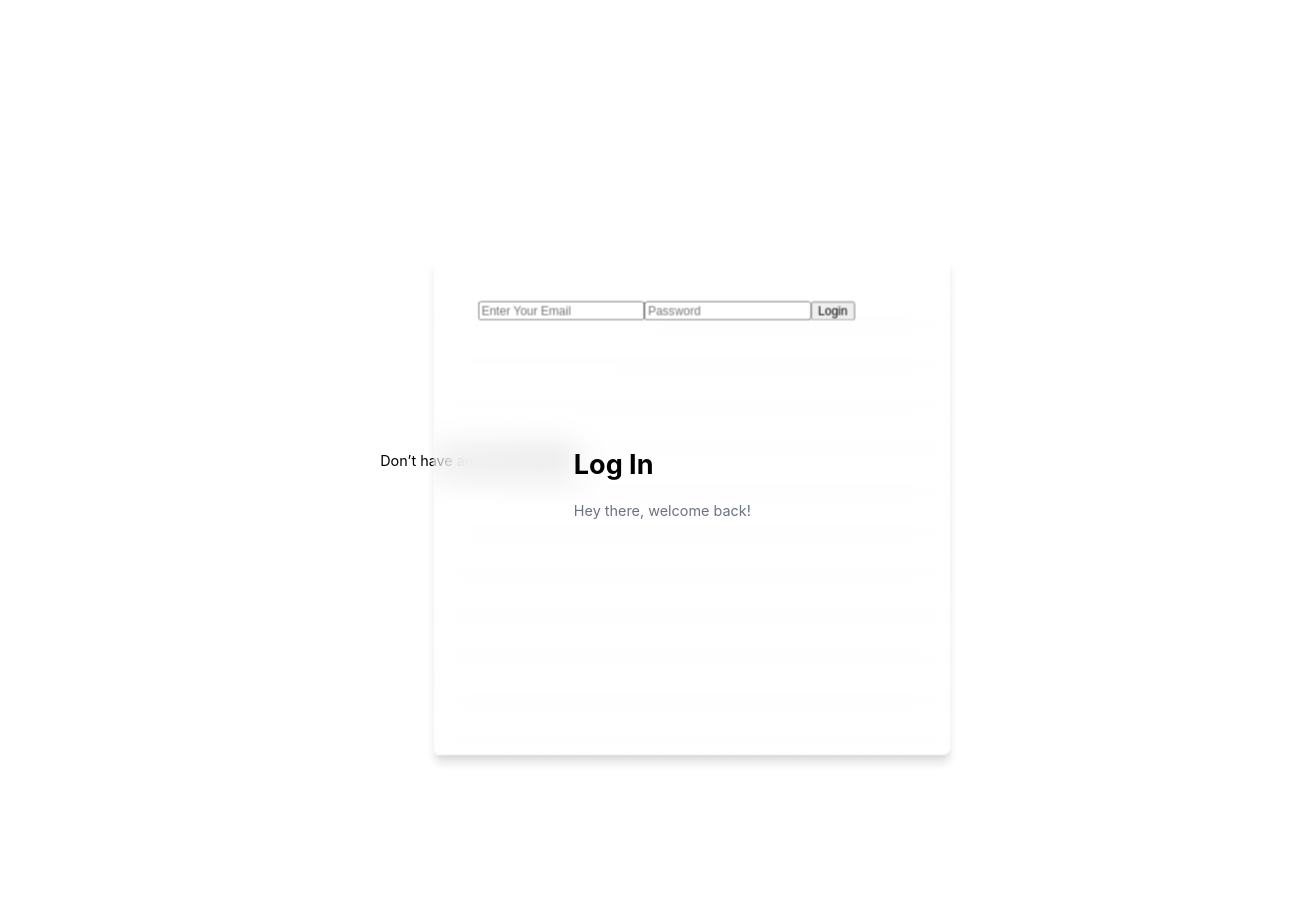
Repository: AfifaNoor/Admin_Panel-React-
Page: /admin-panel
The author's editor kept a copy of each file at every save. The page is drawn from the files as they stood at one save, then again after the next save.
The browser window is 1280 px wide. The page is 1440 px wide, so the pictures cover 1440 px, including what lies to the right of the window. The pictures show the whole page, at 90% of full size.
The project was rebuilt for these pictures with package versions that can differ from the ones it lists, and the page was loaded fresh each time. Also part of the build but not shown: src/SignUp.jsx.

Above is the page before, as saved 2025-07-10 15:41:44.

### src/App.js
import React from 'react'
import LoginPage from './LoginPage'
import { RouterProvider } from 'react-router-dom'
import Router from './Router'

const App = () => {
  return (
    <>
      {/* <RouterProvider router={Router}/> */}
      <LoginPage/>
    </>


  )
}

export default App

### src/LoginPage.jsx
import React, { useState } from 'react'
// import {Navigate, useNavigate} from 'react-router-dom';
import "./LoginPage.css"
import { ToastContainer, toast } from 'react-toastify';
import 'react-toastify/dist/ReactToastify.css';

const LoginPage = () => {
    const[email , setEmail]=useState('')
    const [password , setPassword] = useState('')
    // const navigate= useNavigate();

const handleSubmit =(e)=>{
    e.preventDefault();

 const hardcoreMail="login@gmail.com";
 const hardcorePassword = '1234567'

    if (email=== hardcoreMail && password === hardcorePassword){
        alert("Login Successfull")

    }else{
        alert("Invalid Credential")
    }

}



  return (
 <div className="login-container">

      <div className="signup-redirect">
        <p>
          Don’t have an account?{' '}
          {/* <span className="signup-link" onClick={() => navigate('/sign-up')}> */}
            {/* Sign Up */}
          {/* </span> */}
          <span className="signup-link" >
            Sign
          </span>
        </p>
      </div>

      <div className="title">
        <h1>Log In</h1>
        <p>Hey there, welcome back!</p>
      </div>

    <div>



    </div>

      <form className="login-form" onSubmit={handleSubmit}>
        <input
          type="email"
          className="form-input"
          value={email}
          placeholder="Enter Your Email"
          onChange={(e) => setEmail(e.target.value)}
          required
        />

        <input
          type="password"
          className="form-input"
          placeholder="Password"
          value={password}
          onChange={(e) => setPassword(e.target.value)}
          required
        />

        <button className="login-btn" type="submit">
          Login
        </button>

        {/* <ToastContainer /> */}
      </form>
    </div>
  );
}

export default LoginPage

### src/Router.jsx
import React from 'react';
import { createBrowserRouter , createRoutesFromElements , Route } from 'react-router-dom';
import LoginPage from './LoginPage';
import SignUp from './SignUp';

const Router = createBrowserRouter(
  createRoutesFromElements(
    <>

      <Route path='/sign-up' element={<SignUp/>}/>
      <Route path='login-page' element={<LoginPage/>}/>
    </>
  )
)

export default Router;

### src/LoginPage.css
.login-container {
  width: 1440px;
  height: 1024px;
  /* background: #FFFFFF; */
  opacity: 1;
  transform: rotate(0deg);
  display: flex;
  justify-content: center;
  align-items: center;
  background: linear-gradient(to bottom, rgba(255, 255, 255, 1), rgba(255, 255, 255, 1));


}

.login-form{
  width: 476px;
  height: 456px;
  position: absolute;
  top: 284.5px;
  left: 482px;
  border-radius: 8px;
  padding: 48px;
  gap: 10px;
  opacity: 1;

  z-index: 2;

  background: linear-gradient(180deg, rgba(255, 255, 255, 0) -9.58%, rgba(255, 255, 255, 0.052) 100%);
  border: 1px solid transparent;
  border-image-source: linear-gradient(93.78deg, #FFFFFF 8.04%, rgba(255, 255, 255, 0) 100%);
  border-image-slice: 1;


-webkit-backdrop-filter: blur(20px);
backdrop-filter: blur(20px);

box-shadow:
  0px 10px 10px 0px rgba(0, 0, 0, 0.10),
  0px 4px 4px 0px rgba(0, 0, 0, 0.05),
  0px 1px 0px 0px rgba(0, 0, 0, 0.05),
  inset 0px 20px 50px 0px rgba(255, 255, 255, 0.15);




}

.title{
  z-index: 3;
  width: 380px;
  height: 72px;
  opacity: 1;
  gap: 10px;

}

.title h1 {
width: 380px;
height: 40px;
font-family: 'Inter', sans-serif;
font-weight: 600px;
font-size: 30px;
line-height: 40px;
letter-spacing: -1%;
}

.title p{
  font-size: 16px;
  font-style: Inter;
  font-weight: 400px;
  font-style:normal;
  line-height: 22px;
  letter-spacing: -1%;
  color: rgba(107, 114, 128, 1);

}

Loaded but not shown: public/index.html (common file); src/index.js (common file); src/index.css (common file); src/reportWebVitals.js (common file)

After the next save:
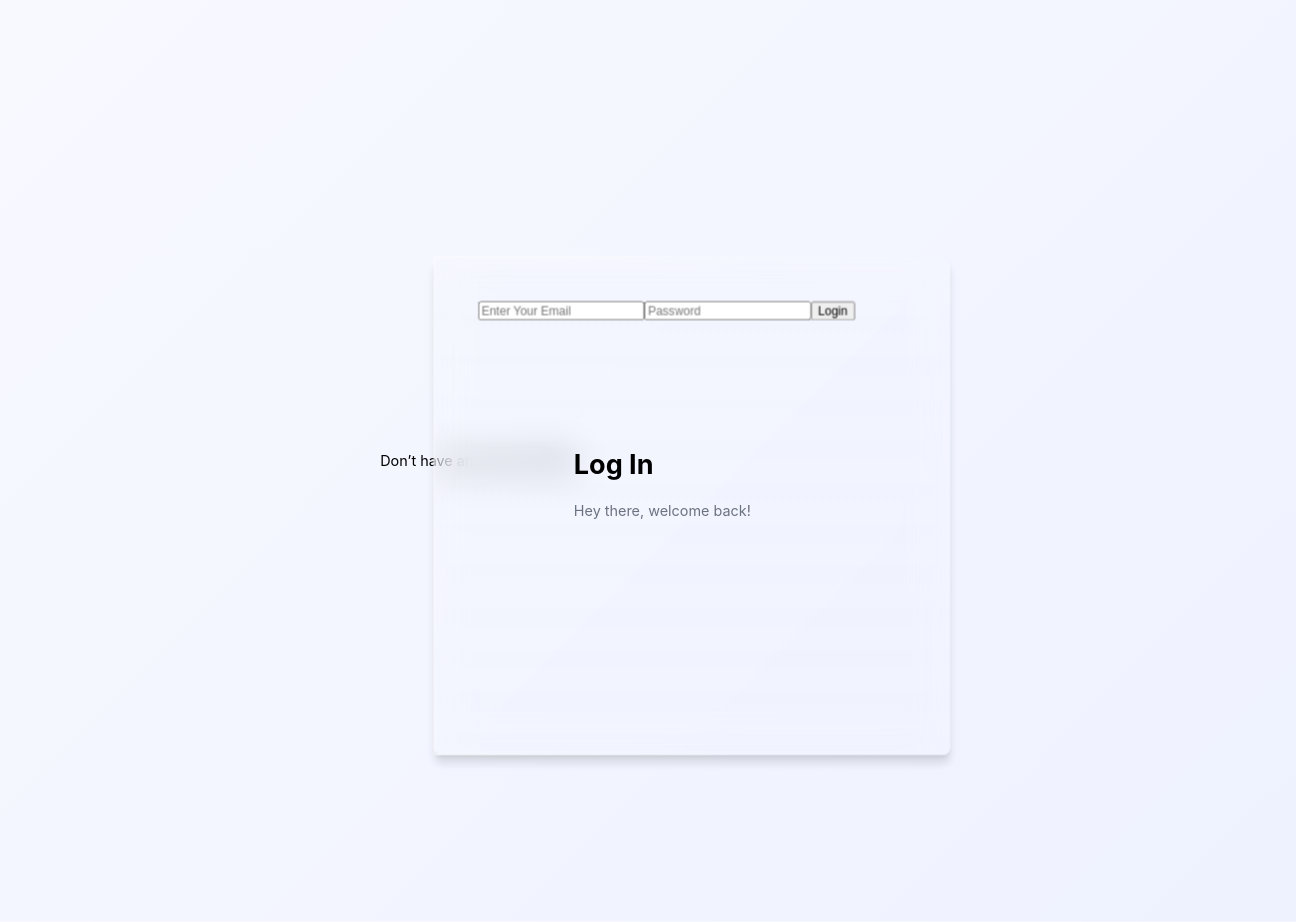
Saved 82 s later.
--- a/src/LoginPage.css
+++ b/src/LoginPage.css
@@ -7,7 +7,7 @@
   display: flex;
   justify-content: center;
   align-items: center;
-  background: linear-gradient(to bottom, rgba(255, 255, 255, 1), rgba(255, 255, 255, 1));
+   background: linear-gradient(135deg, #f8f9ff, #eef2ff);
 
 
 }
